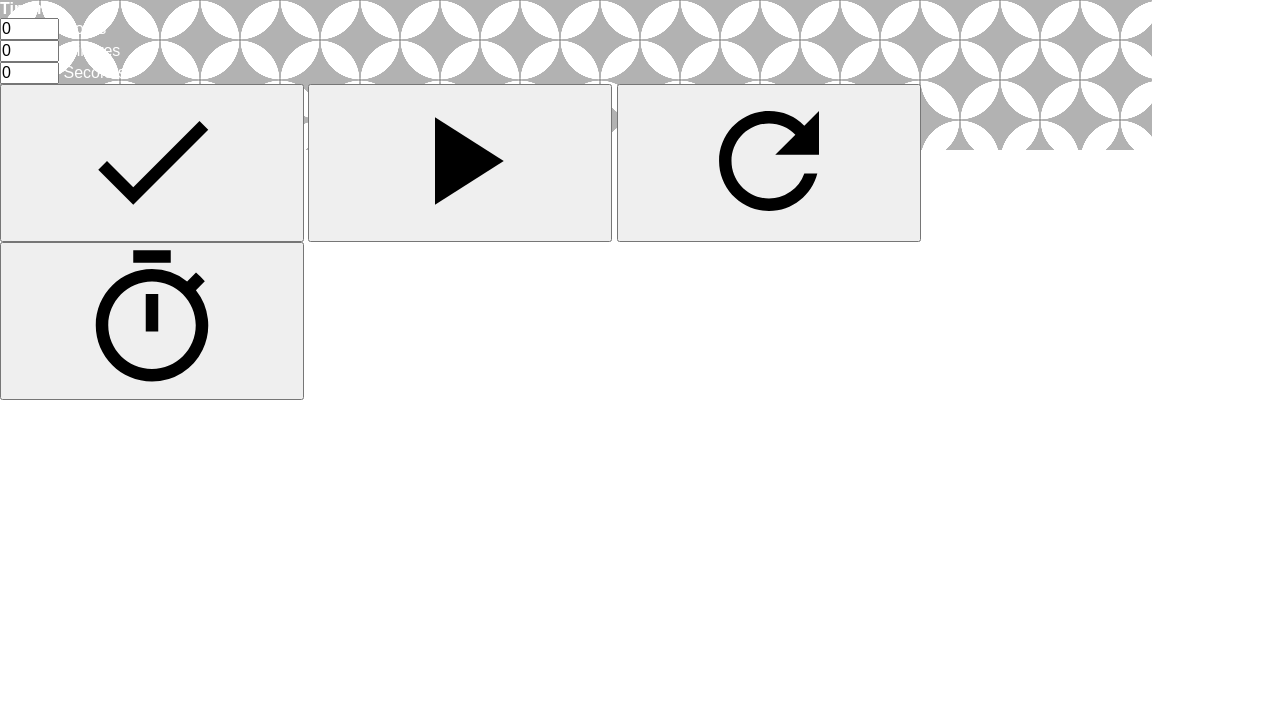
Repository: KrzysKolo/Projekt-12_Timer
Page: index.html
An editor plug-in stored every save of this project. The page is shown before and after the next save, followed by the edit.
The browser window is 1280 px wide. The pictures show the whole page.
Some web fonts or font styles are not loaded; a fallback is used.

Above is the page before, as saved 2020-06-24 19:48:14.

### index.html
<!DOCTYPE html>
<html lang="en">
  <head>
    <meta charset="UTF-8" />
    <meta name="viewport" content="width=device-width, initial-scale=1.0" />
    <title>Taimer</title>
    <link
      href="https://fonts.googleapis.com/css2?family=Aldrich&family=Press+Start+2P&display=swap"
      rel="stylesheet"
    />

    <link rel="stylesheet" href="./css/style.css" />
  </head>
  <body>
    <main class="timer">
      <header class="timer__header">
        <h1 class="timer__heading">
          Timer
        </h1>
      </header>
      <article class="timer__clock">
        <!-- input hours-->
        <section class="clock">
          <input
            type="number"
            name="hours"
            id="hours"
            value="0"
            min="0"
            max="99"
            class="clock__input"
            data-timer-input__hours
          />
          <label for="hours" class="clock__label">Hours</label>
        </section>
        <!-- input minutes-->
        <section class="clock">
          <input
            type="number"
            name="minutes"
            id="minutes"
            value="0"
            min="0"
            max="59"
            class="clock__input"
            data-timer-input__minutes
          />
          <label for="minutes" class="clock__label">Minures</label>
        </section>
        <!-- input seconds -->
        <section class="clock">
          <input
            type="number"
            name="seconds"
            id="seconds"
            value="0"
            min="0"
            max="59"
            class="clock__input"
            data-timer-input__seconds
          />
          <label for="seconds" class="clock__label">Seconds</label>
        </section>
      </article>
      <article class="timer__buttons">
        <!-- button 1 -->
        <button class="button">
          <svg class="button__icon">
            <use xlink:href="./assets/icons/sprite.svg#done-24px"></use>
          </svg>
        </button>
        <!-- button 2 -->
        <button class="button">
          <svg class="button__icon">
            <use xlink:href="./assets/icons/sprite.svg#play_arrow-24px"></use>
          </svg>
        </button>
        <!-- button 3 -->
        <button class="button">
          <svg class="button__icon">
            <use xlink:href="./assets/icons/sprite.svg#refresh-24px"></use>
          </svg>
        </button>
        <!-- dźwięk -->
        <section class="timer__audio">
          <audio src="./assets/sounds/alarm.mp3" loop></audio>
          <button class="button">
            <svg class="button__icon button__icon--alarm">
              <use xlink:href="./assets/icons/sprite.svg#timer-24px"></use>
            </svg>
          </button>
        </section>
      </article>
    </main>
  </body>
</html>

### css/style.css
*,
*::before,
*::after {
  padding: 0;
  margin: 0;
  box-sizing: inherit;
  font-size: 16px;
}
body {
  box-sizing: border-box;
  color: #fff;
  font-family: "Aldrich", sans-serif;
}
.timer {
  width: 100vw;
  height: 100vh;
  background-image: radial-gradient(
      closest-side,
      transparent 98%,
      rgba(0, 0, 0, 0.3) 99%
    ),
    radial-gradient(closest-side, transparent 98%, rgba(0, 0, 0, 0.3) 99%);

  background-size: 80px 80px;
  background-position: 0 0, 40px 40px;
  width: 90%;
  height: 150px;
}

After the next save:
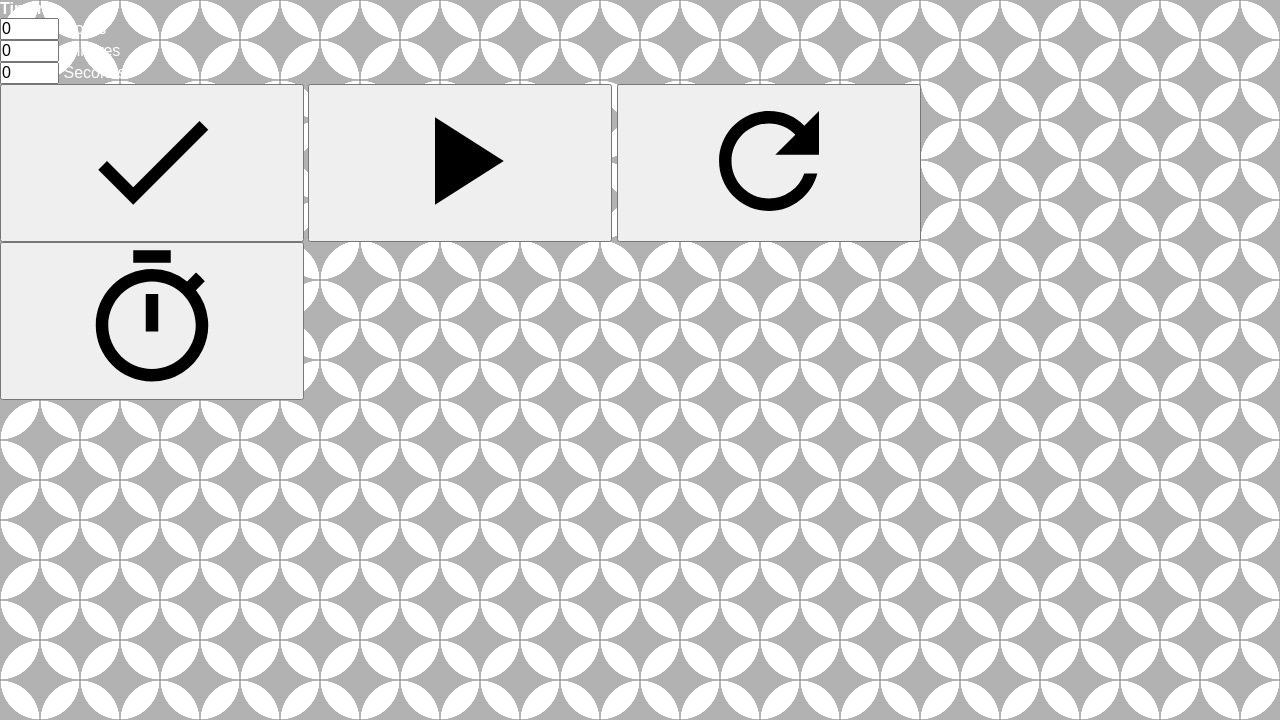
Saved 16 s later.
--- a/css/style.css
+++ b/css/style.css
@@ -23,6 +23,4 @@
 
   background-size: 80px 80px;
   background-position: 0 0, 40px 40px;
-  width: 90%;
-  height: 150px;
 }
